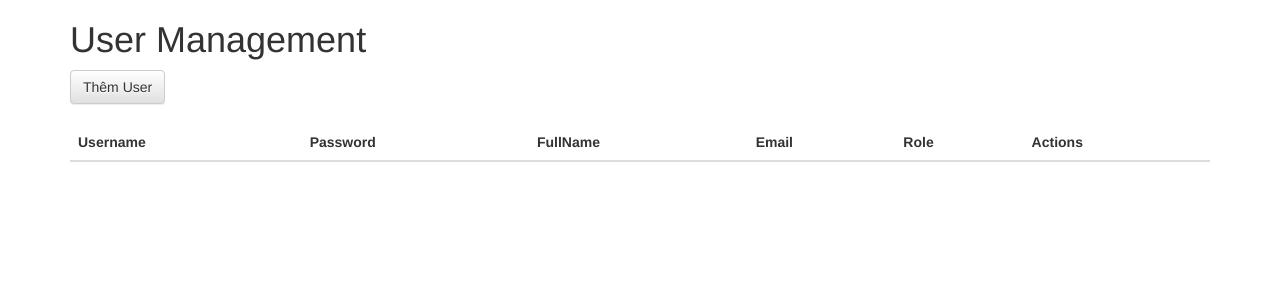
Repository: Hacorbie/Java-Servlet
Page: http://localhost/ASM_JV4/views/Ana.jsp
An editor plug-in stored every save of this project. The page is shown before and after the next save, followed by the edit.
The browser window is 1280 px wide. The pictures show the whole page.
Some web libraries are served in a nearby version. The page is served by Tomcat 9.

Above is the page before, as saved 2023-04-09 16:14:05.

After the next save:
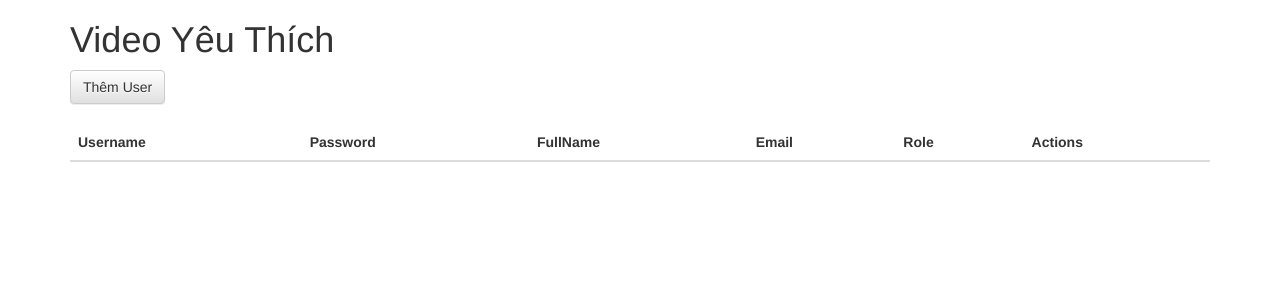
Saved 18 s later.
--- a/ASM_JV4/src/main/webapp/views/Ana.jsp
+++ b/ASM_JV4/src/main/webapp/views/Ana.jsp
@@ -16,7 +16,7 @@
 <body>
 	<c:url var="url" value="/AnaLyst"></c:url>
 	<div class="container">
-		<h1>User Management</h1>
+		<h1>Video Yêu Thích</h1>
 		<!-- Form thêm mới video -->
 		<form method="post" action="/Analyst">
 			<button type="submit" class="btn btn-default">Thêm User</button>
